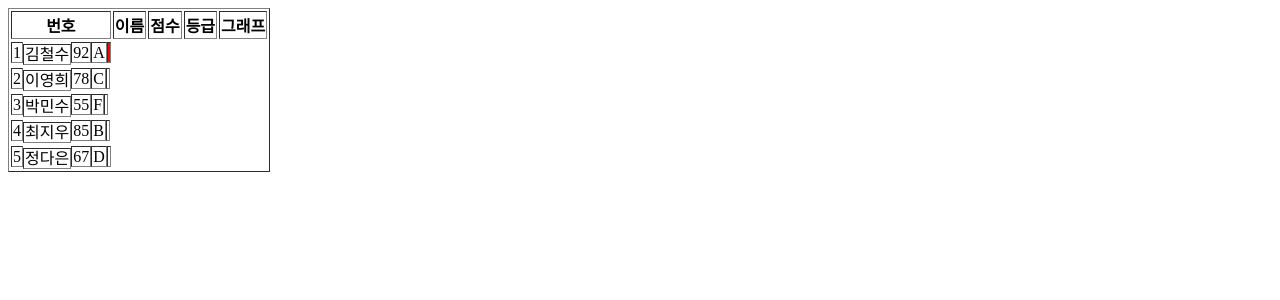
Repository: kkj68106810-dot/jsp2026
Page: http://localhost/chapter01/example_score.jsp
These files come from the project's save history. The page is drawn as it stood at one moment and after the next save; the edit follows.
The browser window is 1280 px wide. The pictures show the whole page.
The page is served by Tomcat 9.

Above is the page before, as saved 2026-10-16 05:11:13.

After the next save:
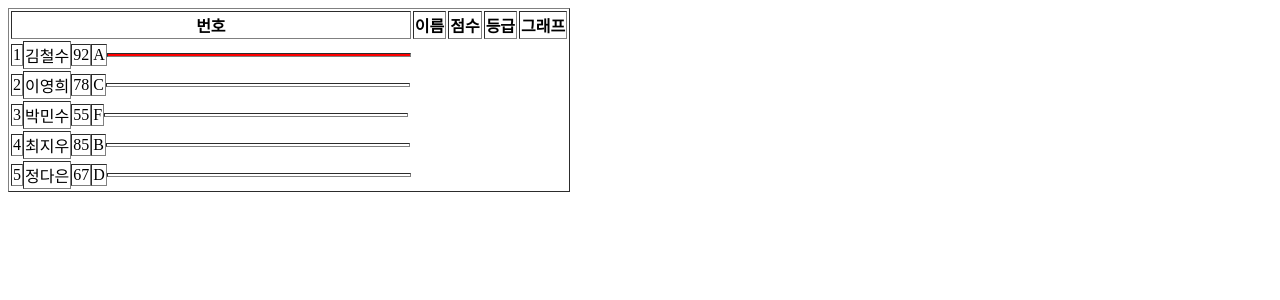
Saved 9 s later.
--- a/chapter01/src/main/webapp/example_score.jsp
+++ b/chapter01/src/main/webapp/example_score.jsp
@@ -7,7 +7,7 @@
 <title>Insert title here</title>
 <style>
 	tr td{
-		display: inline
+		display: inline-block
 	}
 	.score.A{
 		width: 100%;
